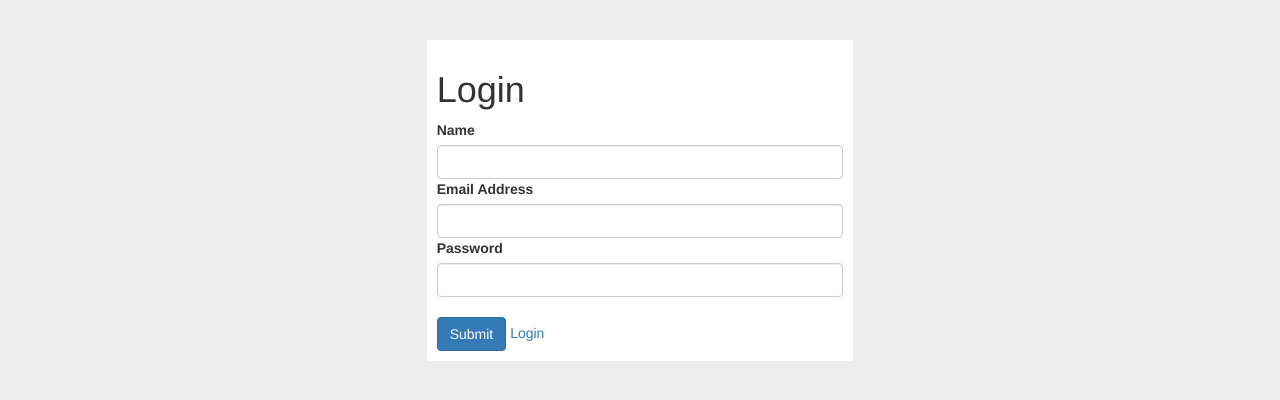
Repository: neoighodaro-articles/migrating-to-laravel
Page: http://localhost/register.php
An editor plug-in stored every save of this project. The page is shown before and after a run of saves, followed by the edit.
The browser window is 1280 px wide. The pictures show the whole page.
The page is run by PHP 8.4 with error messages shown; the project is at /var/www/html/.

Above is the page before, as saved 2018-06-12 22:48:39.

### vanilla/register.php
<?php session_start(); ?>
<!DOCTYPE html>
<html lang="en">
<head>
  <meta charset="UTF-8">
  <meta name="viewport" content="width=device-width, initial-scale=1.0">
  <meta http-equiv="X-UA-Compatible" content="ie=edge">
  <title>Vanilla Todo App</title>
  <link rel="stylesheet" href="https://maxcdn.bootstrapcdn.com/bootstrap/3.3.7/css/bootstrap.min.css" integrity="sha384-BVYiiSIFeK1dGmJRAkycuHAHRg32OmUcww7on3RYdg4Va+PmSTsz/K68vbdEjh4u" crossorigin="anonymous">
  <style>
    body {
      background: #EEE;
    }
    .login {
      background: #FFF;
      padding: 10px;
      margin-top: 40px;
    }
  </style>
</head>
<body>
  <div class="rows">
    <div class="col-md-4 col-md-offset-4 login">
      <form method="POST">
        <h1> Login </h1>
        <label>Name</label>
        <input type="text" class="form-control" name="name" required>
        <label>Email Address</label>
        <input type="text" class="form-control" name="email" required>
        <label>Password</label>
        <input type="password" class="form-control" name="pass" required>
        <br>
        <button type="submit" name="btnLogin" class="btn btn-primary">Submit</button>
        <a href="./">Login</a>
        <?php

          require_once 'functions.php';
          if( isset($_POST['btnLogin'])):
            $fname = $_POST['name'];
            $email = $_POST['email'];
            $pass = $_POST['pass'];
            $query = $pdo->prepare('SELECT * FROM users WHERE email = ? AND password=?');
            $query->execute([$email, $pass]);
            $rows = $query->rowCount();

            if( $rows > 0 ):
              $_SESSION['user_id'] = $email;
              header('location: pages/home.php');
            else: ?>
              <div class="alert alert-danger">
                <b> Invalid Information supplied</b>
              </div>
            <?php endif ?>
        <?php endif ?>
      </form>
    </div>
  </div>
</body>
</html>

### vanilla/functions.php
<?php
 $host = 'localhost';
 $dbname= 'vanilla';
 $user   = 'root';
 $pwd    = 'root';

 try{
   $pdo = new PDO('mysql:host='. $host. ';dbname='. $dbname, $user, $pwd);
  //  echo "connected";
 } catch(PDOException $e) {
   echo "Unable to connect" . $e->getMessage();
 }

After the next 2 saves:
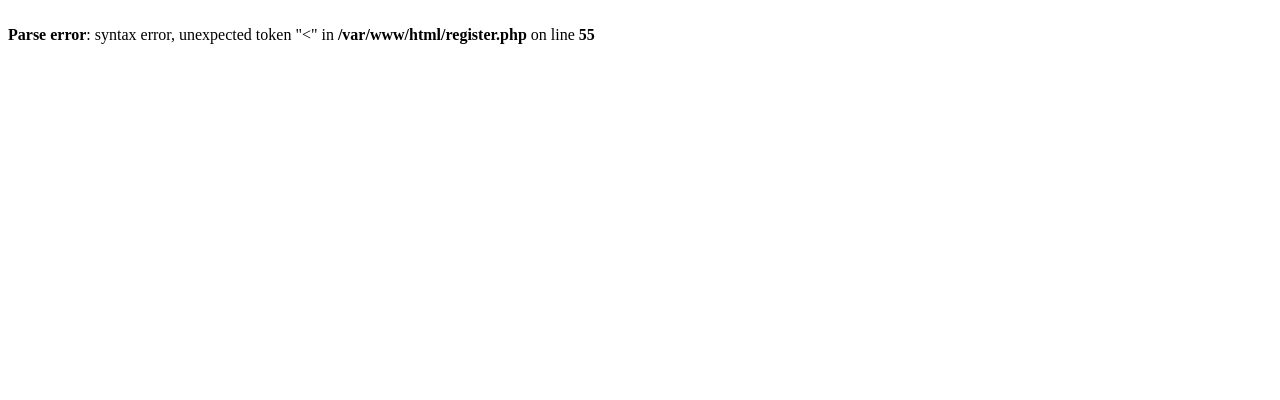
The 2 saves are shown as one change because they came seconds apart.
The last was saved 69 s later.
--- a/vanilla/register.php
+++ b/vanilla/register.php
@@ -44,12 +44,14 @@
             $rows = $query->rowCount();
 
             if( $rows > 0 ):
+          ?>
+           <div class="alert alert-danger">
+                <b> Invalid Information supplied</b>
+              </div>
+          <?php else:
+              $save = $pdo->prepare('INSERT INTO users() VALUES()');
               $_SESSION['user_id'] = $email;
               header('location: pages/home.php');
-            else: ?>
-              <div class="alert alert-danger">
-                <b> Invalid Information supplied</b>
-              </div>
             <?php endif ?>
         <?php endif ?>
       </form>
